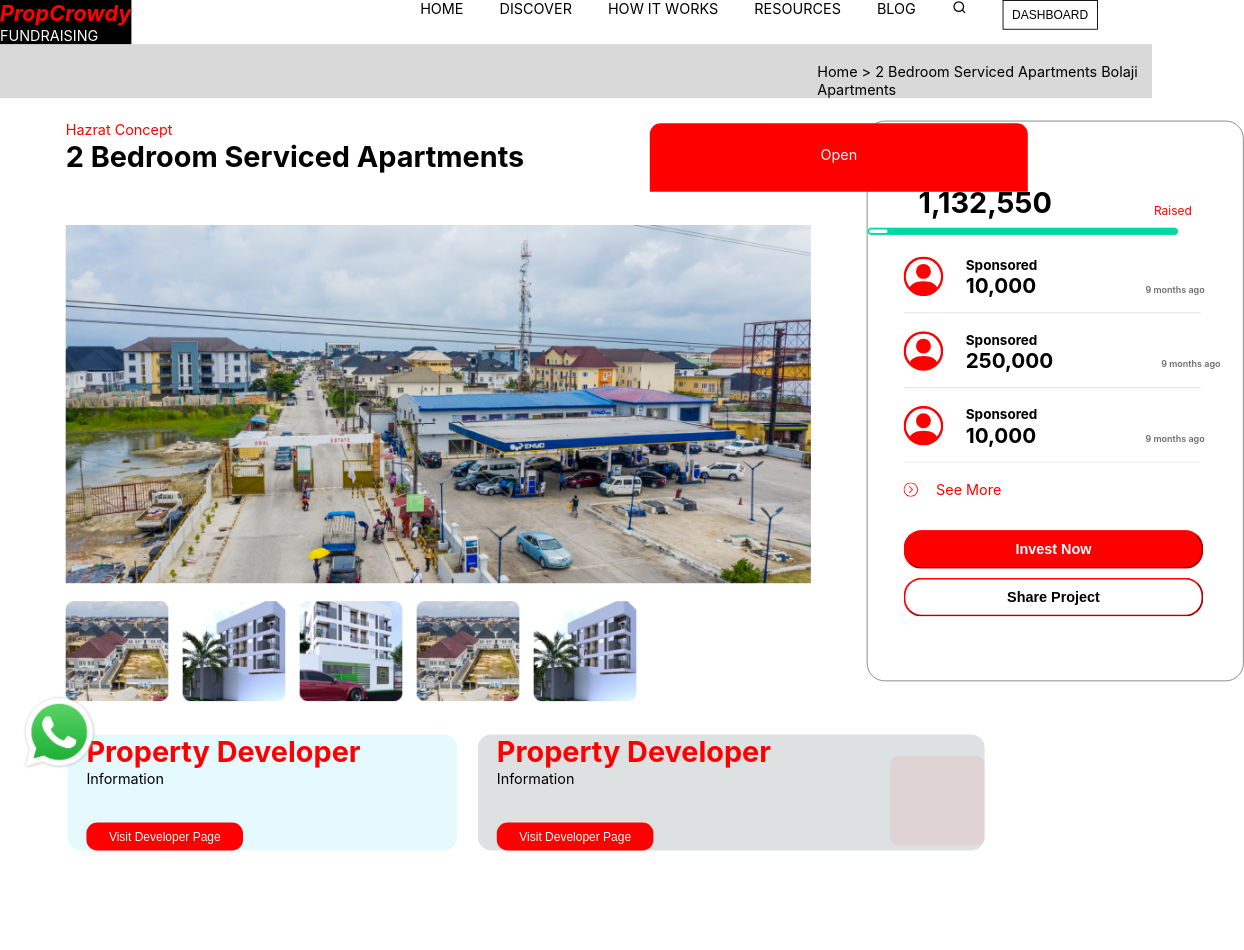
Repository: uh-sman/Popcrowdy
Page: /
These files come from the project's save history. The page is drawn as it stood at one moment and after the next save; the edit follows.
The browser window is 1280 px wide. The page is 1382 px wide, so the pictures cover 1382 px, including what lies to the right of the window. The pictures show the whole page, at 90% of full size.
The project was rebuilt for these pictures with package versions that can differ from the ones it lists, and the page was loaded fresh each time.

Above is the page before, as saved 2022-11-13 20:17:13.

After the next save:
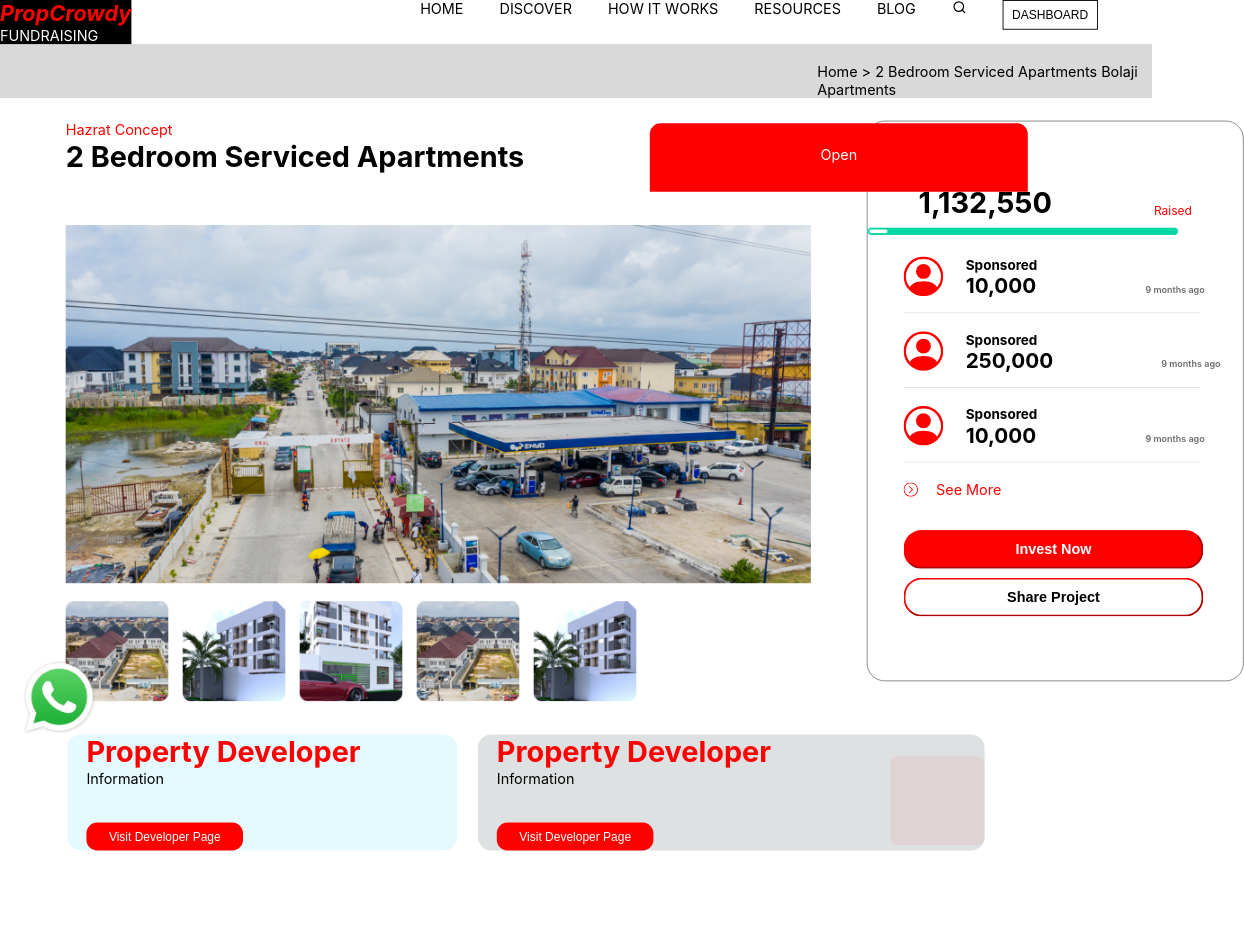
Saved 6 s later.
--- a/src/components/Section/card.css
+++ b/src/components/Section/card.css
@@ -286,5 +286,5 @@
   width: 89.06px;
   height: 90px;
   left: 22px;
-  top: 769px;
-}
+  top: 730px;
+}
